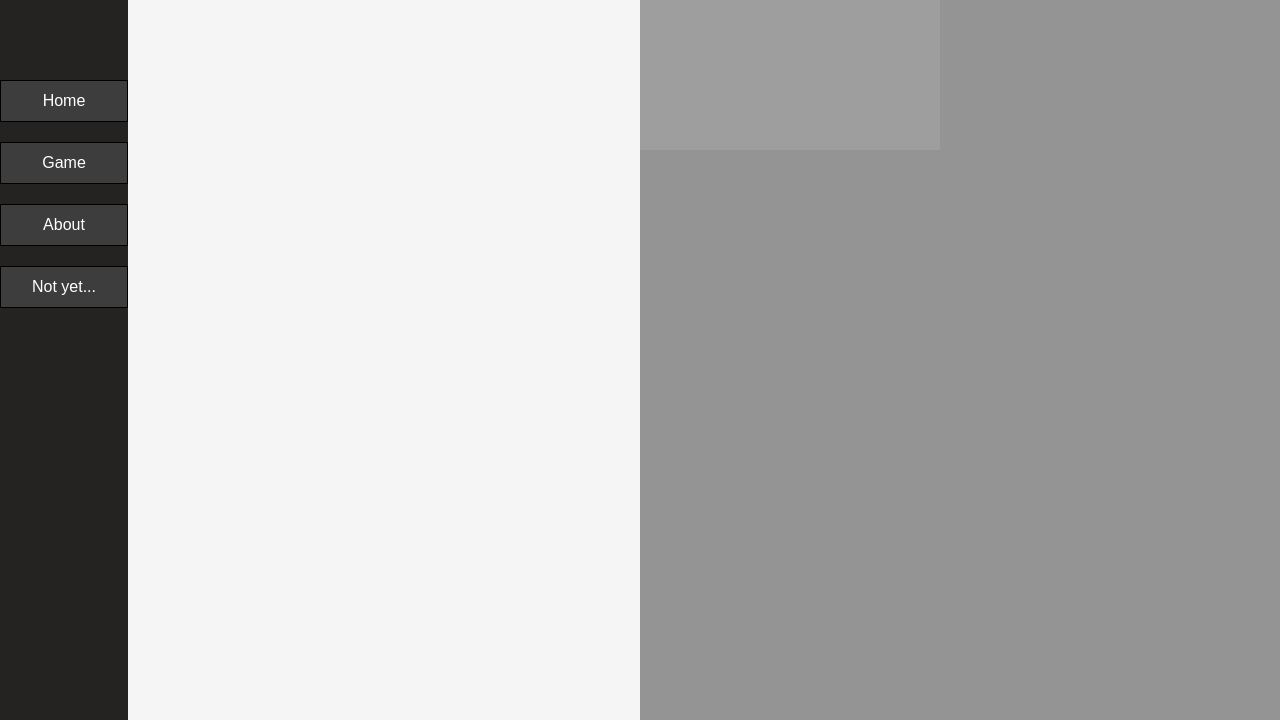
Repository: LaukiniXs/astronomia
Page: index.html
These files come from the project's save history. The page is drawn as it stood at one moment and after the next save; the edit follows.
The browser window is 1280 px wide. The pictures show the whole page.
Pictures or frames that could not be fetched are drawn as grey boxes.

Above is the page before, as saved 2020-05-19 08:44:46.

### index.html
<html>
	<head>
	<meta charset="UTF-8">
		<title>Fully fledged page</title>
			<link rel="stylesheet" type="text/css" href="style.css">

	</head>
	<body>
		<div id="sidebar">
		<a href=""><button class="button" style="height:42px; margin-top: 80px;">Home</button></a>
		<a href="./game.html"><button class="button" style="height:42px;">Game</button></a>
		<a href="./about.html"><button class="button" style="height:42px;">About</button></a>
		<a href=""><button class="button" style="height:42px;">Not yet...</button></a>
		</div>
		<div id="clearFloat"></div>
		<div id="textcontent1">

		</div>
		<div id="clearFloat"></div>
		<div id="gifholder"><iframe id="homePageImg" src="https://thumbs.gfycat.com/CheerySeparateGoldeneye-size_restricted.gif" ></iframe></div>
	</body>

</html>

### style.css
* {
    margin: 0px;
    padding: 0px;
    font-family: Arial, Helvetica, sans-serif;
}
body{
  background-color:  #949494;
}
#sidebar {
    float: left;
    background-color:#242322;
    width: 10%;
    height: 100%;
}
.button {
  user-select: none;
  float: left;
    border: 1px solid black;
    background: #3d3d3d;
    color: white;
    font-family: Arial, Helvetica, sans-serif;
    font-size: 16px;
    line-height: 18px;
    white-space: nowrap;
    text-decoration: none;
    width: 100%;
    margin: 10px 0;
    cursor: pointer;
  }
  .floatRight{
    float: right;

  }
  .clearFloat{
    clear: both;
  }
  a {
   text-decoration: none;
    color: white;
  }
  #contents{
    word-wrap: break-word;
    float: left;
    width: 40%;
    height: 100%;
    background-color: violet;
  }
  .contentText{
    margin: 50px 10px;
    font-size: 20px;
  }
  #splash {
    user-select: none;
    float: left;
    margin: 0 2px;
    z-index: 10;
    position: absolute;
    background: rgba(0, 0, 0, 0.5);
    width: 1000px;
    padding: 100px 0;
    text-align: center;
}

#play-btn {
    width: 150px;
    height: 40px;
    background-color: crimson;
    border: 0px;
}

#title {
    color: white;
    font-size: 60px;
    font-family: Arial, Helvetica, sans-serif;
}

#controls {
    color: #c9c9c9;
    font-family: Arial, Helvetica, sans-serif;
    padding-top: 40px;
}

.controlBtn {
    font-weight: bold;
    color: #f0f0f0;
}

#gameover {
  float: left;
  margin-left: 50px;
  width: 1000px;
  height: 580px;
    display: none;
    color: white;
    position: absolute;
    background: rgba(0, 0, 0, 0.5);
    width: 1000px;
    text-align: center;
    font-size: 60px;
    font-family: Arial, Helvetica, sans-serif;
}
#tip{
    user-select: none;
    font-size: 20px;
    font-family: Arial, Helvetica, sans-serif;
}
#game{
  margin-top: 30px;
  float: left;
}
#gamediv{
  margin-top: 12px;
  margin-left: 30px;
  float: left;
}
#log{
  float: left;
}
#gameoverText{
  user-select: none;
  margin-top: 200px;
}
#splash{
  margin-top: 100px;
  margin-left: 50px;
}
#textcontent1{
  float: left;
  height: 100%;
  width: 40%;
  word-wrap: break-word;
  background-color: whitesmoke;
}
#homePageImg{
  float: left;
  margin: auto;
}
#gifholder{
  float: left;
  background-color: tomato;
}
#gifholder iframe{
  border: 0 solid;
}

After the next save:
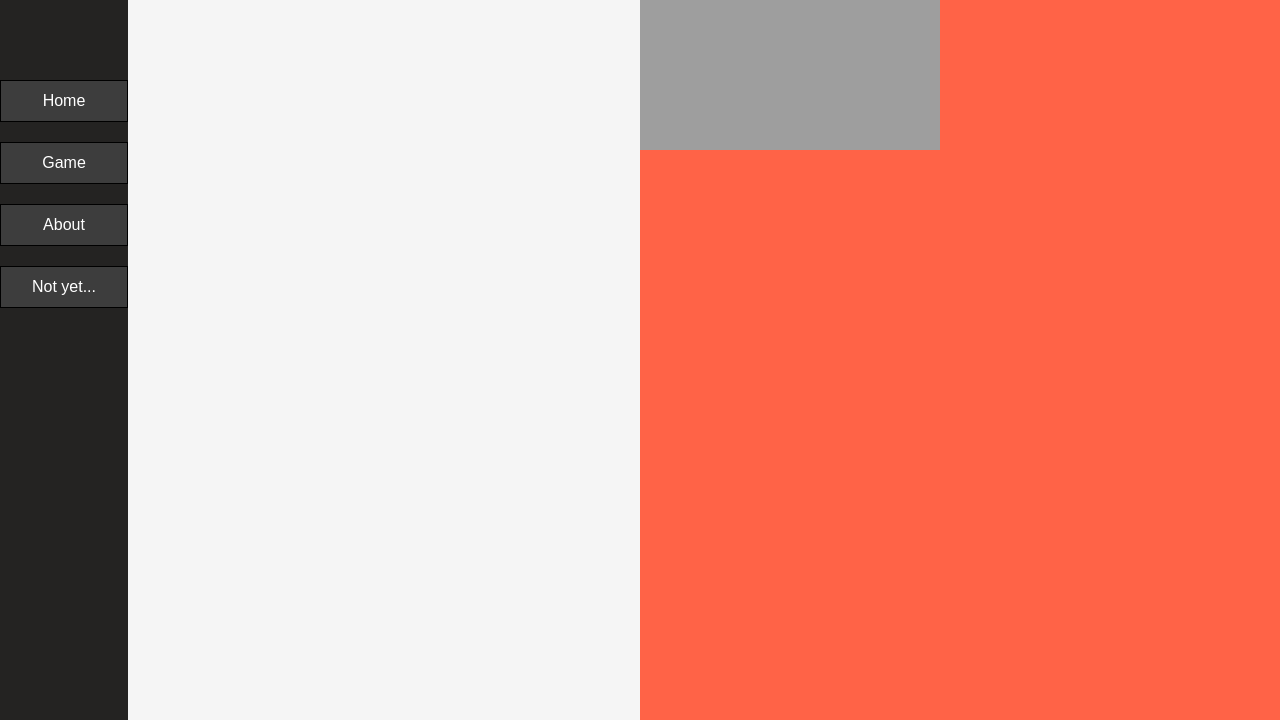
Saved 28 s later.
--- a/style.css
+++ b/style.css
@@ -137,6 +137,8 @@ body{
 }
 #gifholder{
   float: left;
+  width: 50%;
+  height: 100%;
   background-color: tomato;
 }
 #gifholder iframe{
